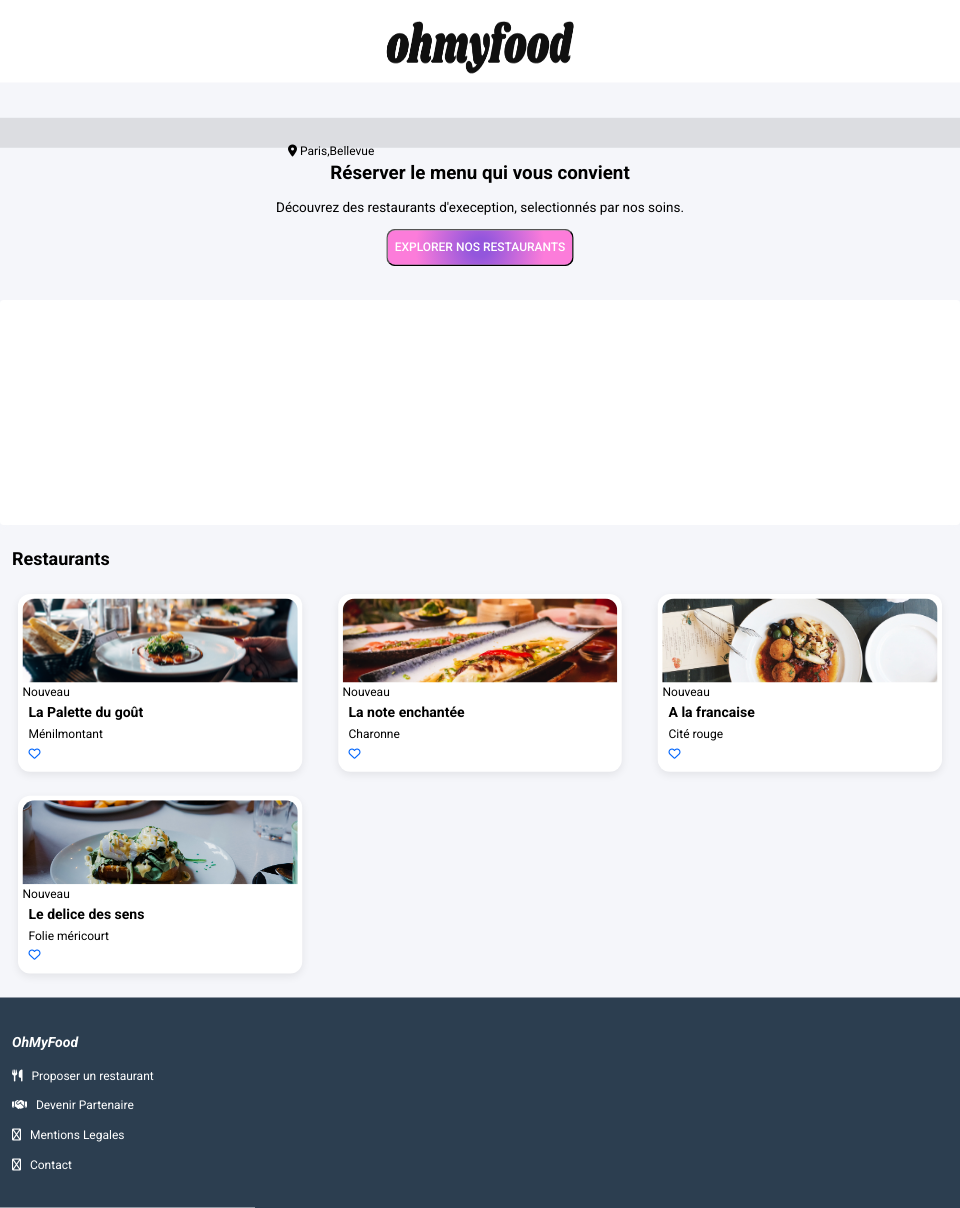
Repository: ultraasedev/ohmyfood
Page: index.html
These files come from the project's save history. The page is drawn as it stood at one moment and after the next save; the edit follows.
The browser window is 1280 px wide. The pictures show the whole page, at 75% of full size.
Some web fonts or font styles are not loaded; a fallback is used. Some web libraries are served in a nearby version.

Above is the page before, as saved 2022-10-27 18:18:13.

### index.html
<!doctype html>
<html lang="fr">
    <head>
        <meta charset="UTF-8">
        <meta name="viewport" content="width=device-width,minimum-scale=1,initial-scale=1,maximum-scale=2">

      <title>Ohmyfood!  - Home</title>
       <meta name="description" content="Ohmyfood! est une entreprise de commande de repas en ligne. Notre concept permet aux
       utilisateurs de composer leur propre menu et réduire leur temps d’attente dans les
       restaurants car leur menu est préparé à l’avance. Plus de perte de temps à consulter la carte"/>
       <meta property="og:site_name" content="Ohmyfood!  - est une entreprise de commande de repas en ligne. Notre concept permet aux
       utilisateurs de composer leur propre menu et réduire leur temps d’attente dans les
       restaurants car leur menu est préparé à l’avance. Plus de perte de temps à consulter la carte" />
       <meta property="og:description" content="est une entreprise de commande de repas en ligne. Notre concept permet aux
       utilisateurs de composer leur propre menu et réduire leur temps d’attente dans les
       restaurants car leur menu est préparé à l’avance. Plus de perte de temps à consulter la carte" />




       <link type="text/css" rel="stylesheet" href="css/normalize.css"/>
       <link type="text/css" rel="stylesheet" href="css/all.min.css"/>
       <link type="text/css" rel="stylesheet" href="css/fontawesome.min.css"/>
       <link rel="preconnect" href="https://fonts.googleapis.com">
        <link rel="preconnect" href="https://fonts.gstatic.com" crossorigin>
       <link href="https://fonts.googleapis.com/css2?family=Roboto:ital,wght@0,100;0,300;0,400;0,500;0,700;0,900;1,100;1,300;1,400;1,500;1,700;1,900&family=Shrikhand&display=swap" rel="stylesheet">
       <script   src="https://kit.fontawesome.com/f132f25ed3.js" crossorigin="anonymous"></script>

       <link type="text/css" rel="stylesheet" href="css/style.css" />



       </head>

       <body>
<!--Nav + Logo-->
   <div class="nav">
    <div class="logo">
      <img src="images/logo/ohmyfood.png" alt="Ohmyfood !" class="logo"/>
    </div>
   </div>


<!--Header-->
<header>
  <!--Location-->
 <div class="location">
  <div class="villeloca"><p><i class="fa-sharp fa-solid fa-location-dot"></i> Paris,Bellevue</p></div>
</div>

  <div class="head-cont">
    <h2>Réserver le menu qui vous convient</h2>
    <p>Découvrez des restaurants d'exeception, selectionnés par nos soins.</p>

    <button class="btn-nav">
      Explorer nos restaurants
    </button>
  </div>
</header>

<!--Fonctionnement-->
<section class="cont-fonc">


</section>
<!--Fonctionnement-->

<!--Restau 1-->
<section class="cont-art">
  <h2>Restaurants</h2>

  <!-- Card 1 -->
              <article class="resto-card">
                <a href="#">
                  <img
                    src="./images/restaurants/jay-wennington-N_Y88TWmGwA-unsplash.jpg"
                    alt="Photo de l'hébergement"
                  />
                  <div class="new">Nouveau</div>
                  <h3>La Palette du goût</h3>
                  <p>Ménilmontant</p>
                  <div class="stars">
                    <i class="fa-regular fa-heart active"></i>
                  </div>
                </a>
              </article>


               <!-- Card 2 -->
               <article class="resto-card">
                <a href="#">
                  <img
                    src="./images/restaurants/louis-hansel-shotsoflouis-qNBGVyOCY8Q-unsplash.jpg"
                    alt="Photo de l'hébergement"
                  />
                  <div class="new">Nouveau</div>
                  <h3>La note enchantée</h3>
                  <p>Charonne</p>
                  <div class="stars">
                    <i class="fa-regular fa-heart"></i>

                  </div>
                </a>
              </article>

               <!-- Card 3 -->
               <article class="resto-card">
                <a href="#">
                  <img
                    src="./images/restaurants/stil-u2Lp8tXIcjw-unsplash.jpg"
                    alt="Photo de l'hébergement"
                  />
                  <div class="new">Nouveau</div>
                  <h3>A la francaise</h3>
                  <p>Cité rouge</p>
                  <div class="stars">
                    <i class="fa-regular fa-heart"></i>
                  </div>
                </a>
              </article>

               <!-- Card 4 -->
               <article class="resto-card">
                <a href="#">
                  <img
                    src="./images/restaurants/toa-heftiba-DQKerTsQwi0-unsplash.jpg"
                    alt="Photo de l'hébergement"
                  />
                  <div class="new">Nouveau</div>
                  <h3>Le delice des sens</h3>
                  <p>Folie méricourt</p>
                  <div class="stars">
                    <i class="fa-regular fa-heart"></i>
                  </div>
                </a>
              </article>




</section>

<!--FOOTER-->
<footer>
  <div class="container-footer">
    <div class="card-footer">
      <h3 style="font-family: 'Roboto';font-weight: 700;font-style: italic;">OhMyFood</h3>
      <!--<img src="images/logo/ohmyfood.png" alt="Ohmyfood !" height="20px" width="80px" style="margin-bottom: 10px;"/>-->
      <a href="#"><i class="fa-solid fa-utensils"></i>&nbsp;&nbsp;&nbsp;Proposer un restaurant</a>
      <a href="#"><i class="fa-solid fa-handshake"></i>&nbsp;&nbsp;&nbsp;Devenir Partenaire</a>
      <a href="#"><i class="fa-regular fa-circle-info"></i>&nbsp;&nbsp;&nbsp;Mentions Legales</a>
      <a href="#"><i class="fa-regular fa-phone"></i>&nbsp;&nbsp;&nbsp;Contact</a>

    </div>

</footer>

### css/style.css
*{
    box-sizing: border-box;
    font-family: var(--fontall);
    max-width: 1380px;

}
:root{

  /*Font*/
  --fontall: 'Roboto', sans-serif;
  --fontlg: 'Shrikhand' , cursive;

  /*color*/
  --primary: #9356DC;
  --secon: #FF79DA;
  --tert: #99E2D0;

  --greybg: #f5f6fa;

}


body{
    background-color:  var(--greybg);
    font-family: var(--fontall);
}

/* Nav*/
.nav{
  display: flex;
  height: 130px;
  width: 100%;
  background-color: #fff;
  align-items: center;
  align-content: center;
  text-align: center;
  margin-bottom: 10px;
}
/*Logo*/
.logo{
  position: relative;
  align-items: center;
  align-content: center;
  text-align: center;
  margin-right: auto;
  margin-left: auto;
}
.logo img{
  height: 70px;
  width: 250px;
}
/*Header*/
header{
  position: absolute;
  height: 300px;
  width: 100%;
  background-color: #f5f6fa;
  align-items: center;
  align-content: center;
  text-align: center;
  margin-top: -30px;
}
/*Location*/
.location{
  position: flex;
  background-color: #dcdde1;
  height: 40px;
  margin-top: -8px;
  align-items: center;
  align-content: center;
  text-align: center;
}
.location .villeloca{
  position: absolute;
  align-items: center;
  align-content: center;
  text-align: center;
  left: 30%;
}

/*Head-Cont*/

.head-cont h2{
  font-size: 25px;
  font-weight: bold;

}
.head-cont p{
  font-size: 18px;
  font-weight: 400;

}
/*Btn-nav*/
.btn-nav{
  align-items: center;
  align-content: center;
  text-transform: uppercase;
  transition: 0.5s;
  background: rgb(147,86,220);
  background: radial-gradient(circle, rgba(147,86,220,1) 10%, rgba(252,124,218,1) 69%);
  z-index: -1;
  transition: transform 400ms ease-in;
  color: #fff;
  width: 250px;
  height: 50px;
  overflow: hidden;
  text-decoration: none;
  border-radius: 12px;
 font-weight: 500;

}
/*Fonctionnement*/
.cont-fonc{
  position: relative;
  background-color: #fff;
  height: 300px;
  margin-top: 270px;
  border-radius: 5px;
}


/* Content Article */
.cont-art{
  background-color: #f5f6fa;
  padding: 32px 16px;
  border-radius: 16px;
  display: grid;
  grid-template-columns: repeat(3, 1fr);
  gap: 32px;
  left: 10px;
}
.cont-art h2 {
  grid-column: 1/-1;
  margin: 0;
}
.cont-art .resto-card{
  background: white;
  padding: 6px;
  border-radius: 16px;
  margin: auto;
  box-shadow: rgba(0, 0, 0, 0.08) 0px 4px 12px;
  transition: 0.2s;
  width: calc(100% - 16px);
}
.cont-art .resto-card img {
  width: 255px;
  border-radius: 16px 16px 0 0;
  height: 112px;
  object-fit: cover;
  width: 100%;
}
.cont-art .resto-card a {
  text-decoration: none;
  color: inherit;
}

.cont-art .resto-card h3 {
  margin: 8px 8px 8px;
}

.cont-art .resto-card p {
  margin: 8px 8px 8px;
}

.cont-art .resto-card .stars {
  margin: 8px 8px 8px;
  color: #0065fc;
}
/*FOOTER*/
footer {
  background-color: #2c3e50;
  padding: 32px 16px;
  color: #fff;
}
.container-footer {
  display: flex;
  max-width: 1330px;
  margin: auto;
  font-family: "Raleway", sans-serif;
  gap: 16px;
}
.card-footer {
  display: flex;
  flex-direction: column;
  min-width: 30%;
}

.card-footer a {
  margin-top: 5px;
  margin-bottom: 16px;
  text-decoration: none;
  color: inherit;
}

.card-footer a:hover {
  text-decoration: underline !important;
}

Loaded but not shown: css/normalize.css (library); css/all.min.css (library); css/fontawesome.min.css (library)

After the next save:
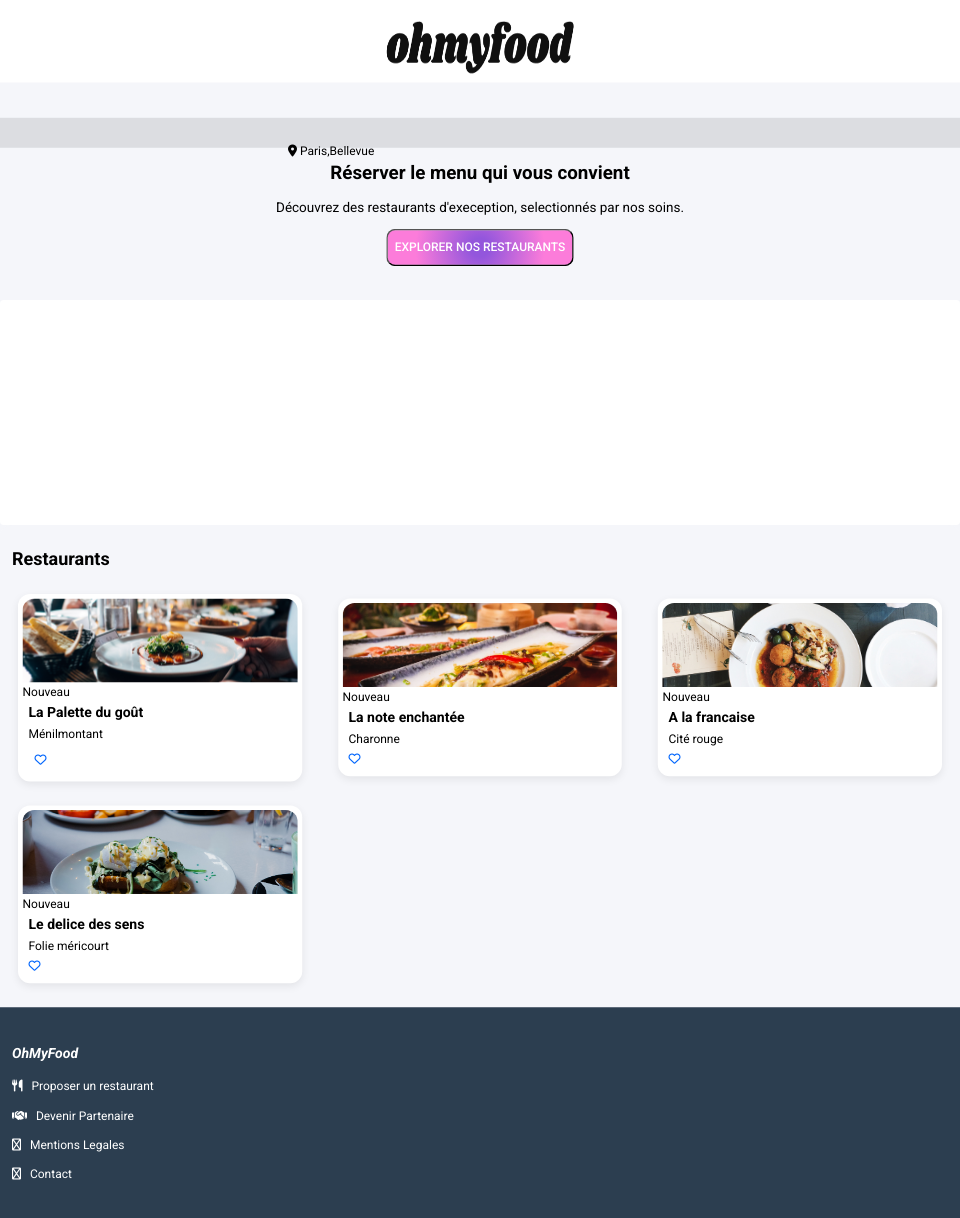
Saved 55 s later.
--- a/css/style.css
+++ b/css/style.css
@@ -166,6 +166,11 @@ header{
   margin: 8px 8px 8px;
   color: #0065fc;
 }
+.cont-art .resto-card .stars .active{
+  margin: 8px 8px 8px;
+  color: #0065fc;
+}
+
 /*FOOTER*/
 footer {
   background-color: #2c3e50;
